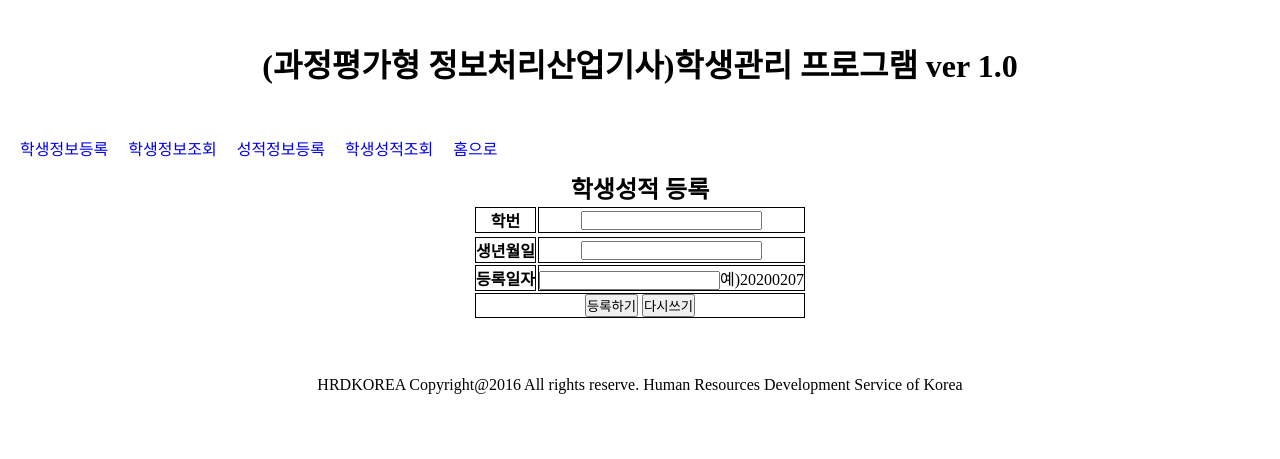
Repository: SeolhwaPark/JSL40_HRDKOREA
Page: http://localhost/HRD_0428_02/input.jsp
An editor plug-in stored every save of this project. The page is shown before and after the next save, followed by the edit.
The browser window is 1280 px wide. The pictures show the whole page.
The page is served by Tomcat 9. Other server files are loaded and not shown.

Above is the page before, as saved 2020-04-28 12:01:04.

### HRD_0428_02/WebContent/input.jsp
<%@ page language="java" contentType="text/html; charset=UTF-8"
    pageEncoding="UTF-8"%>
<%@ page import="java.util.* , model.*"%>

<%

%>
<!DOCTYPE html>
<html>
<head>
<meta charset="UTF-8">
<title>(과정평가형 정보처리산업기사)학생관리 프로그램 ver 1.0</title>

<style type="text/css">
*{padding:0;margin:0}
.logo{padding:40px 0;text-align:center;}
.navi{padding:10px 0;overflow:hidden}
.navi ul, li{padding:0 10px;float:left;list-style:none}
a{padding:20px 0;text-decoration:none; }

.title{text-align:center;}
.content{margin:0}
.content table{margin:0 auto}
.content table th, td{text-align:center;border: 1px solid}
.btn_group{text-align:center;}

.footer{padding:20px 0;}
.footer p{text-align:center;}
</style>
<script type="text/javascript">
function send() {
	if(insert.hakbun.value==""){
		alert("학번이 입력되지 않았습니다!");
		insert.hakbun.focus();
		return false;
	}
	if(insert.name.value==""){
		alert("이름이 입력되지 않았습니다!");
		insert.name.focus();
		return false;
	}
	if(insert.phone1.value==""){
		alert("전화번호가 입력되지 않았습니다!");
		insert.phone1.focus();
		return false;
	}
	if(insert.phone2.value==""){
		alert("전화번호가 입력되지 않았습니다!");
		insert.phone2.focus();
		return false;
	}
	if(insert.phone3.value==""){
		alert("전화번호가 입력되지 않았습니다!");
		insert.phone3.focus();
		return false;
	}
	if(insert.gender[0].checked == false && insert.gender[1].checked == false){
		alert("성별을 선택하세요!");
		return false;
	}
	if(insert.birth.value==""){
		alert("생년월일이 입력되지 않았습니다!");
		insert.birth.focus();
		return false;
	}
	if(insert.regdate.value==""){
		alert("등록일자가 입력되지 않았습니다!");
		insert.regdate.focus();
		return false;
	}
	alert("학생정보를 등록합니다");
	insert.submit();
}
function del() {
	alert("입력된 모든 항목을 삭제합니다");
	insert.reset();
}
</script>

</head>
<body>

<div class="header">
	<header>
		<h1 class="logo">(과정평가형 정보처리산업기사)학생관리 프로그램 ver 1.0</h1>
		<nav class="navi">
			<ul>
				<li><a href="insert.jsp">학생정보등록</a></li>
				<li><a href="list.jsp">학생정보조회</a></li>
				<li><a href="input.jsp">성적정보등록</a></li>
				<li><a href="view.jsp">학생성적조회</a></li>
				<li><a href="index.jsp">홈으로</a></li>
			</ul>
		</nav>
	</header>
</div>
<div class="section">
	<section>
		<h2 class="title">학생성적 등록</h2>
		<div class="content">

			<form name="insert" method="post" action="insert_pro.jsp">
				<table>
					<tr>
						<th>학번</th>
						<td><input type="text" name="hakbun" value=""></td>
					</tr>
					<tr>
					<tr>
						<th>생년월일</th>
						<td><input type="text" name="birth" value=""></td>
					</tr>
					<tr>
						<th>등록일자</th>
						<td><input type="text" name="regdate" value="">예)20200207</td>
					</tr>

					<tr>
						<td colspan="2" class="btn_group">
						<input type="button" value="등록하기" onClick="send()">
						<input type="button" value="다시쓰기" onClick="del()"></td>
					</tr>

				</table>
			</form>
			<br><br>
		</div>

	</section>
</div>
<div class="footer">
	<footer>
		<p>HRDKOREA Copyright@2016 All rights reserve. Human Resources Development Service of Korea</p>
	</footer>
</div>
</body>
</html>

After the next save:
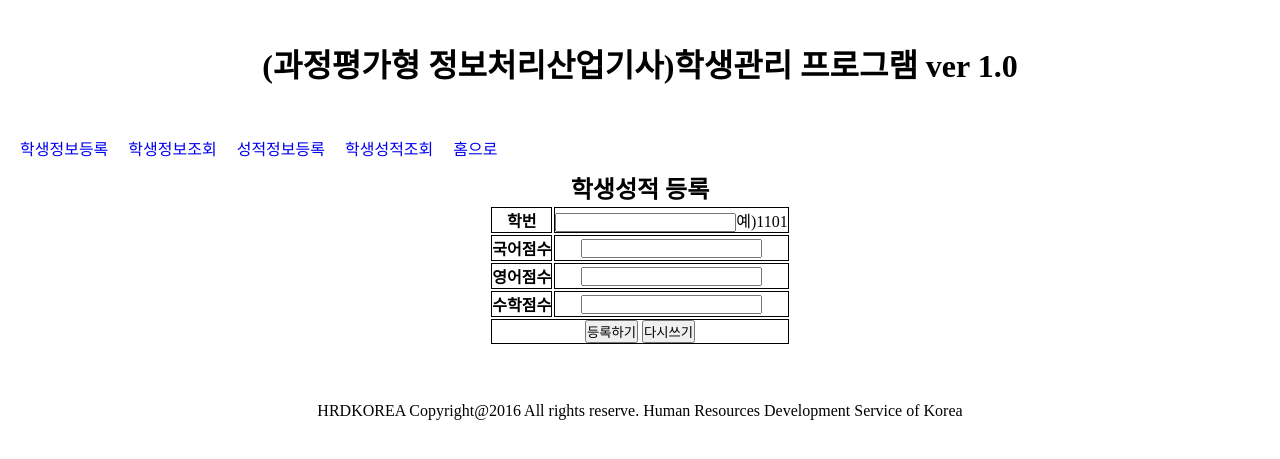
Saved 62 s later.
--- a/HRD_0428_02/WebContent/input.jsp
+++ b/HRD_0428_02/WebContent/input.jsp
@@ -103,16 +103,19 @@ function del() {
 				<table>
 					<tr>
 						<th>학번</th>
-						<td><input type="text" name="hakbun" value=""></td>
+						<td><input type="text" name="hakbun" value="">예)1101</td>
 					</tr>
 					<tr>
-					<tr>
-						<th>생년월일</th>
-						<td><input type="text" name="birth" value=""></td>
+						<th>국어점수</th>
+						<td><input type="text" name="kor" value=""></td>
 					</tr>
 					<tr>
-						<th>등록일자</th>
-						<td><input type="text" name="regdate" value="">예)20200207</td>
+						<th>영어점수</th>
+						<td><input type="text" name="eng" value=""></td>
+					</tr>
+					<tr>
+						<th>수학점수</th>
+						<td><input type="text" name="mat" value=""></td>
 					</tr>
 
 					<tr>
